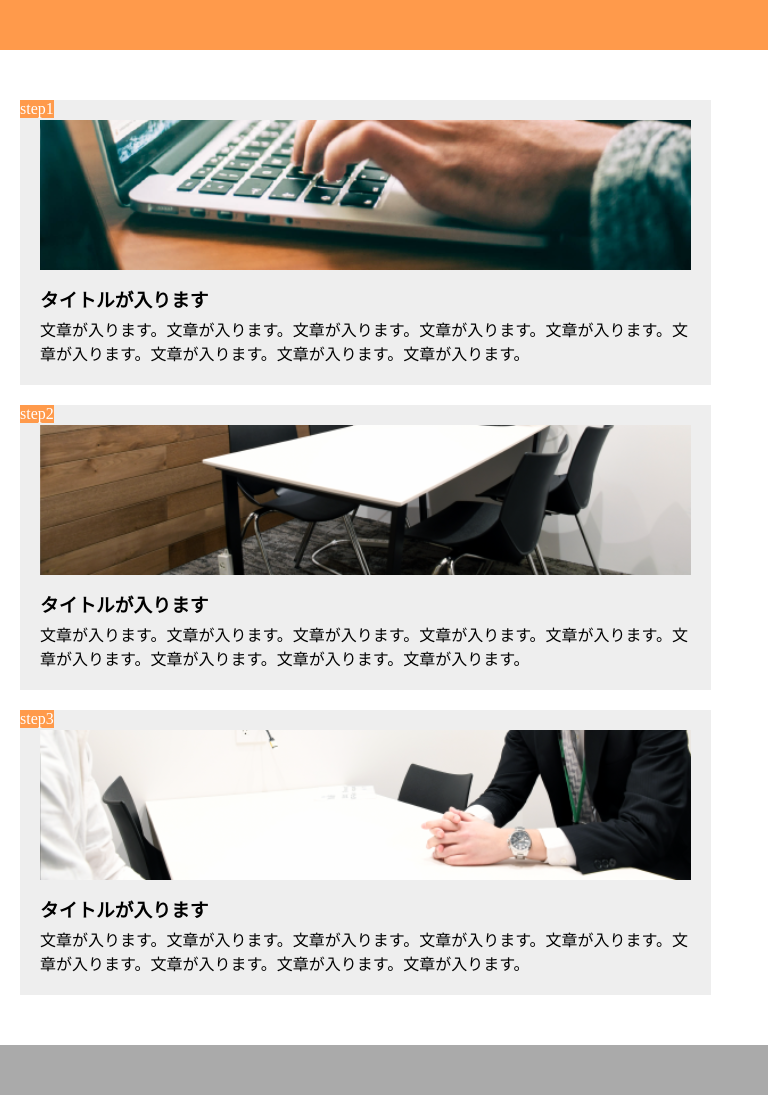
Repository: takanauti/task
Page: chapter9_exercise/index.html
The author's editor kept a record of every edit. The page is drawn from the files as they stood at one moment, then again after the next edit.
The browser window is 768 px wide. The pictures show the whole page.

Above is the page before.

After the next edit:
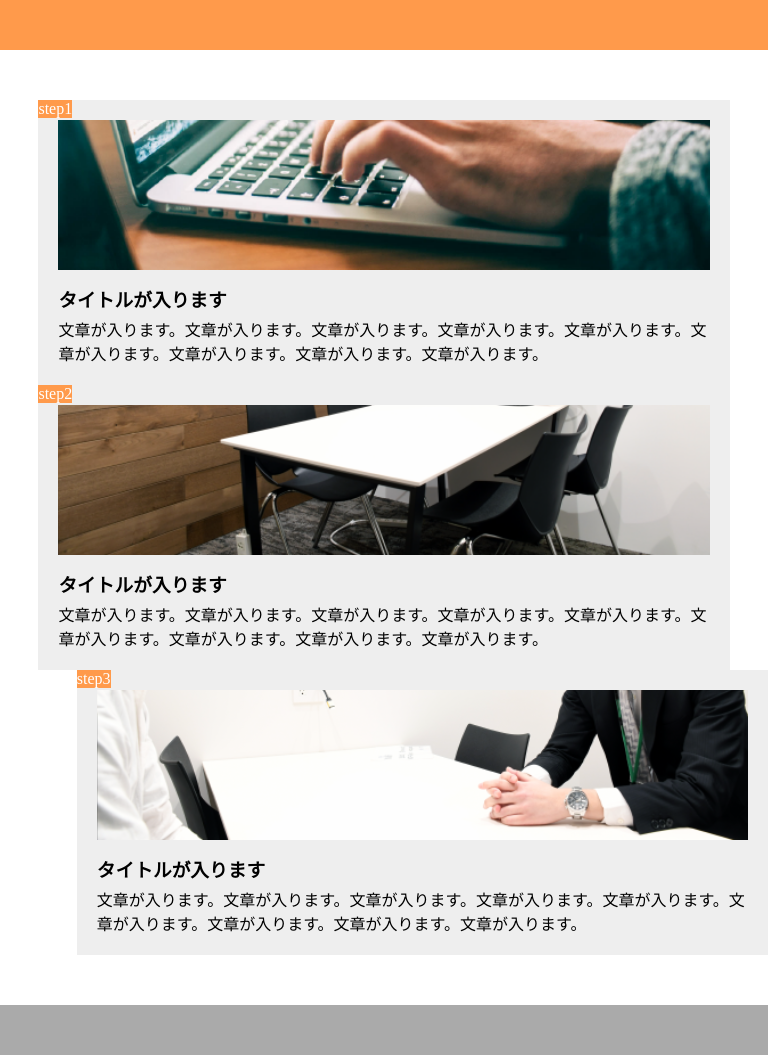
The edit:
--- a/chapter9_exercise/style.css
+++ b/chapter9_exercise/style.css
@@ -79,7 +79,9 @@
   .step-box {
   width: 90%;
   padding: 20px;
-  margin: 0 20px 20px 20px;
+
+  margin:0 auto; /* 中央寄せ（左右に余白がないとできない） */
+
 }
 
 .step-img1 {
